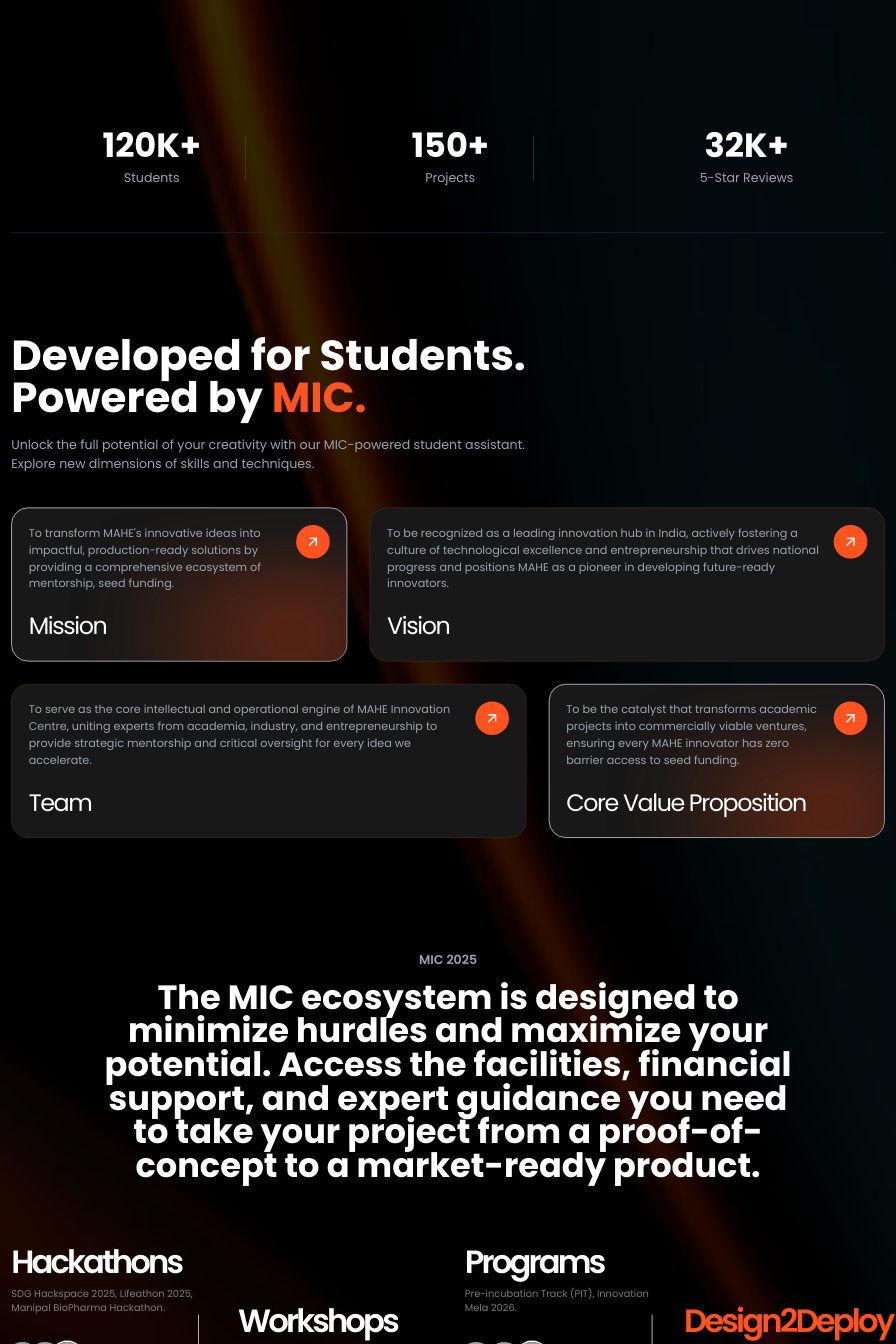
Repository: Sourish-19/Axiom
Page: /
The author's editor kept a copy of each file at every save. The page is drawn from the files as they stood at one save, then again after the next save.
The browser window is 1280 px wide. The pictures show the part of the page from y = 560 to 2480 px (the page is 5731 px tall), at 70% of full size.
Pictures or frames that could not be fetched are drawn as grey boxes. Some web libraries are served in a nearby version. The project was rebuilt for these pictures with package versions that can differ from the ones it lists, and the page was loaded fresh each time. Also part of the build but not shown: vite.config.ts, components/Modal.tsx, components/ContactForm.tsx, components/EventRegistrationForm.tsx.

Above is the page before, as saved 2025-10-02 16:00:32.

After the next save:
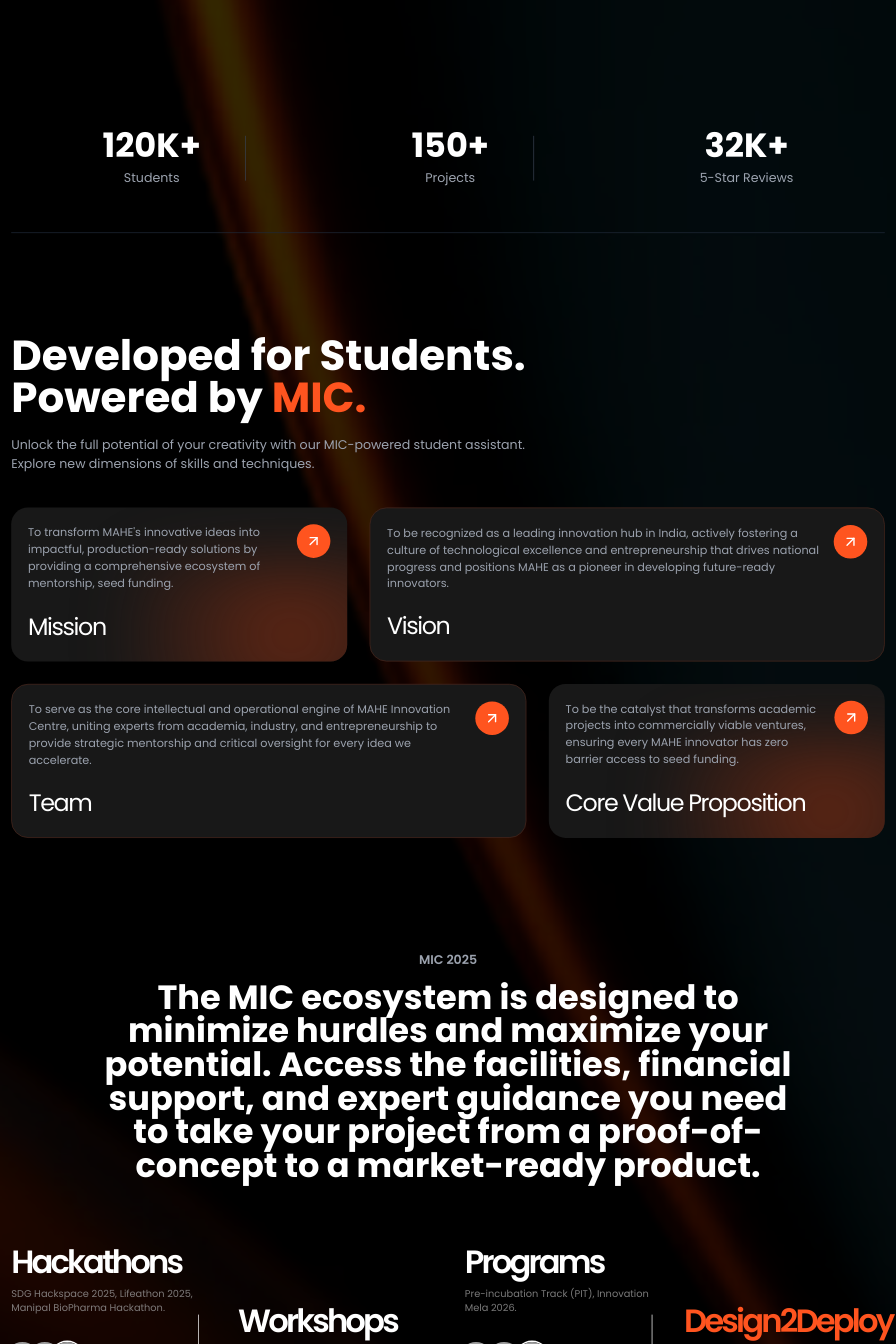
Saved 11 s later.
--- a/components/DevelopedForStudents.tsx
+++ b/components/DevelopedForStudents.tsx
@@ -11,7 +11,7 @@
 const Card: React.FC<CardProps> = ({ title, content, className = '', hasGradient = false }) => {
   return (
     <div
-      className={`bg-[#181818] h-[220px] border rounded-3xl group relative overflow-hidden ${className}`}
+      className={`bg-[#181818] h-[220px] rounded-3xl group relative overflow-hidden ${className}`}
     >
       {hasGradient && (
         <div aria-hidden="true" className="absolute z-1 top-1/3 left-1/3 size-full bg-[radial-gradient(circle,_#602614_0%,_transparent_100%)] blur-2xl"></div>
